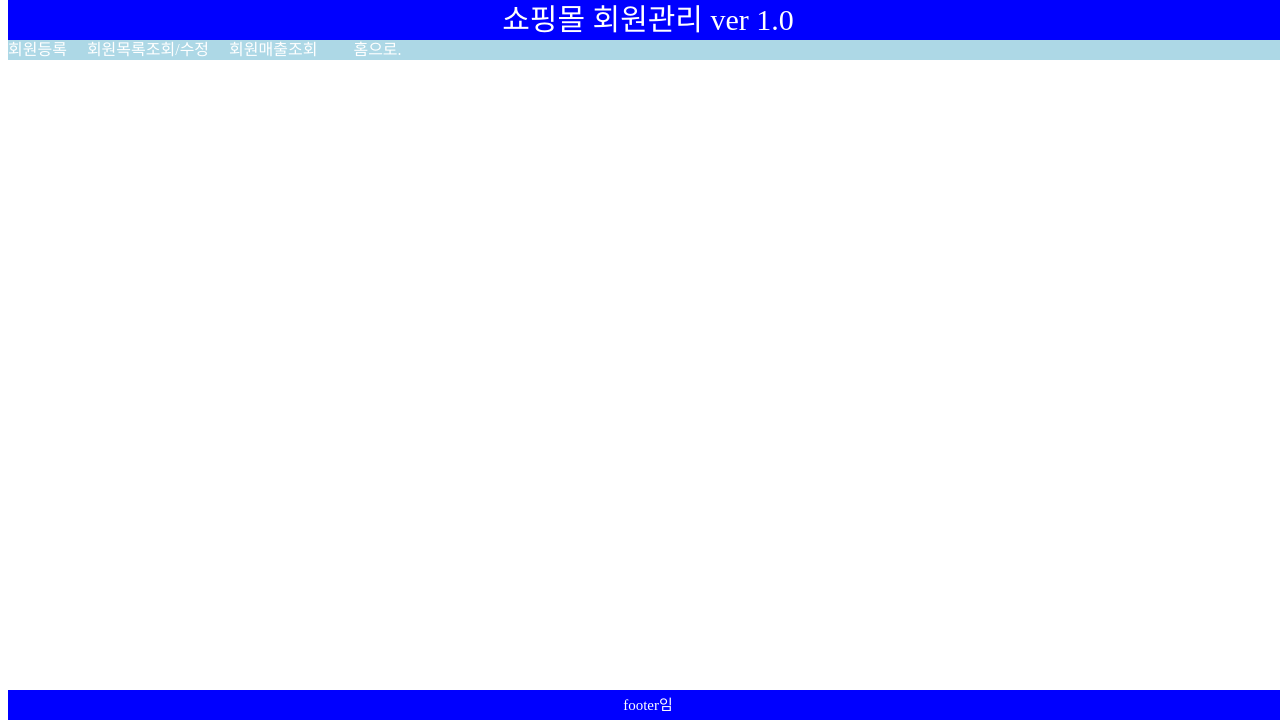
Repository: leesuyeon116/HRD_1
Page: http://localhost/HRD_0416/
An editor plug-in stored every save of this project. The page is shown before and after the next save, followed by the edit.
The browser window is 1280 px wide. The pictures show the whole page.
The page is served by Tomcat 9. Other server files are loaded and not shown.

Above is the page before, as saved 2024-04-16 07:21:40.

### HRD_0416/src/main/webapp/index.jsp
<%@ page language="java" contentType="text/html; charset=UTF-8"
    pageEncoding="UTF-8"%>
<!DOCTYPE html>
<html>
<head>
<meta charset="UTF-8">
<title>index</title>
</head>
<body>
<header style="position: fixed; top: 0px; width: 100%; height: 40px; background-color: blue; color: white;
	text-align: center; line-height: 40px; font-size: 30px"> 쇼핑몰 회원관리 ver 1.0 </header>

<nav style="position: fixed; top: 40px; width: 100%; height: 20px; background-color: lightblue; color: white; line-height: 20px;">
	회원등록 &nbsp; &nbsp; 회원목록조회/수정 &nbsp; &nbsp; 회원매출조회 &nbsp; &nbsp; &nbsp; &nbsp; 홈으로.</nav>




<footer style="position: fixed; bottom: 0px; width: 100%; height: 30px; background-color: blue; color: white;
	text-align: center; line-height: 30px; font-size: 15px;">footer임</footer>
</body>
</html>

After the next save:
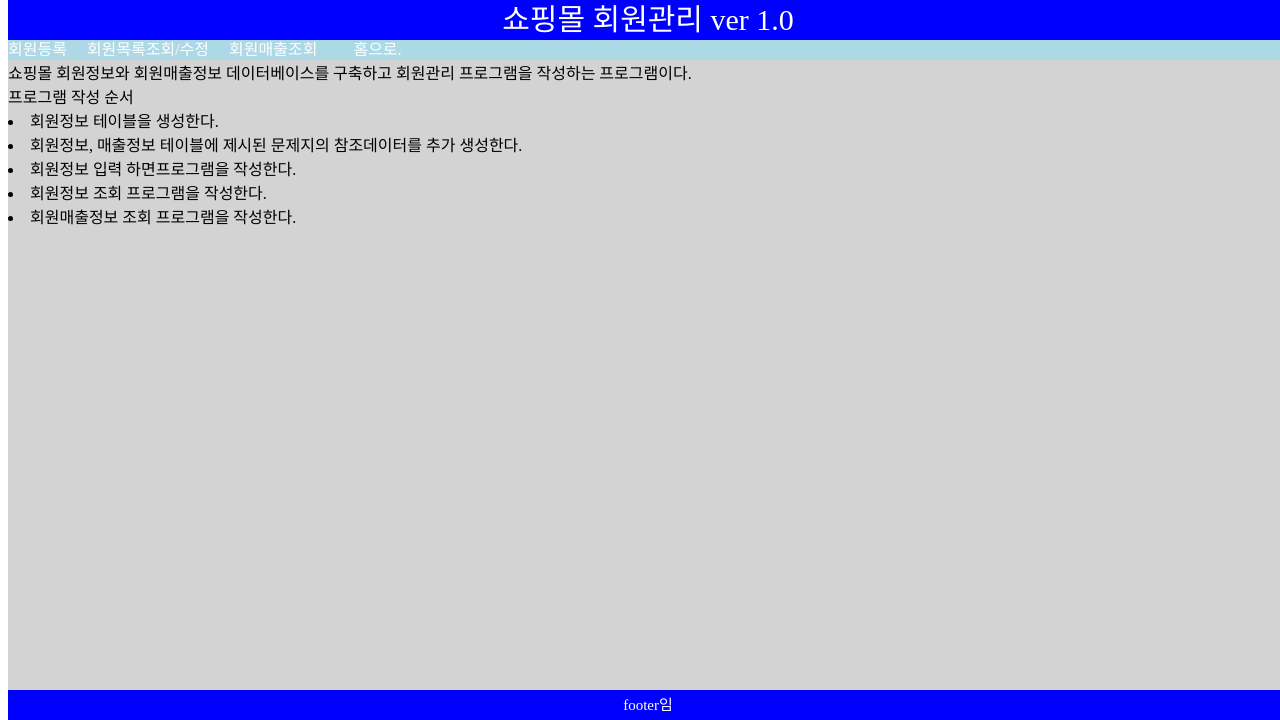
Saved 6 min 13 s later.
--- a/HRD_0416/src/main/webapp/index.jsp
+++ b/HRD_0416/src/main/webapp/index.jsp
@@ -13,7 +13,14 @@
 <nav style="position: fixed; top: 40px; width: 100%; height: 20px; background-color: lightblue; color: white; line-height: 20px;">
 	회원등록 &nbsp; &nbsp; 회원목록조회/수정 &nbsp; &nbsp; 회원매출조회 &nbsp; &nbsp; &nbsp; &nbsp; 홈으로.</nav>
 
-
+<section style="position: fixed; top: 60px; width: 100%; height: 100%; background-color: lightgray">
+쇼핑몰 회원정보와 회원매출정보 데이터베이스를 구축하고 회원관리 프로그램을 작성하는 프로그램이다.<br>
+프로그램 작성 순서
+	<li>회원정보 테이블을 생성한다.</li>
+	<li>회원정보, 매출정보 테이블에 제시된 문제지의 참조데이터를 추가 생성한다.</li>
+	<li>회원정보 입력 하면프로그램을 작성한다.</li>
+	<li>회원정보 조회 프로그램을 작성한다.</li>
+	<li>회원매출정보 조회 프로그램을 작성한다.</li></section>
 
 
 <footer style="position: fixed; bottom: 0px; width: 100%; height: 30px; background-color: blue; color: white;
